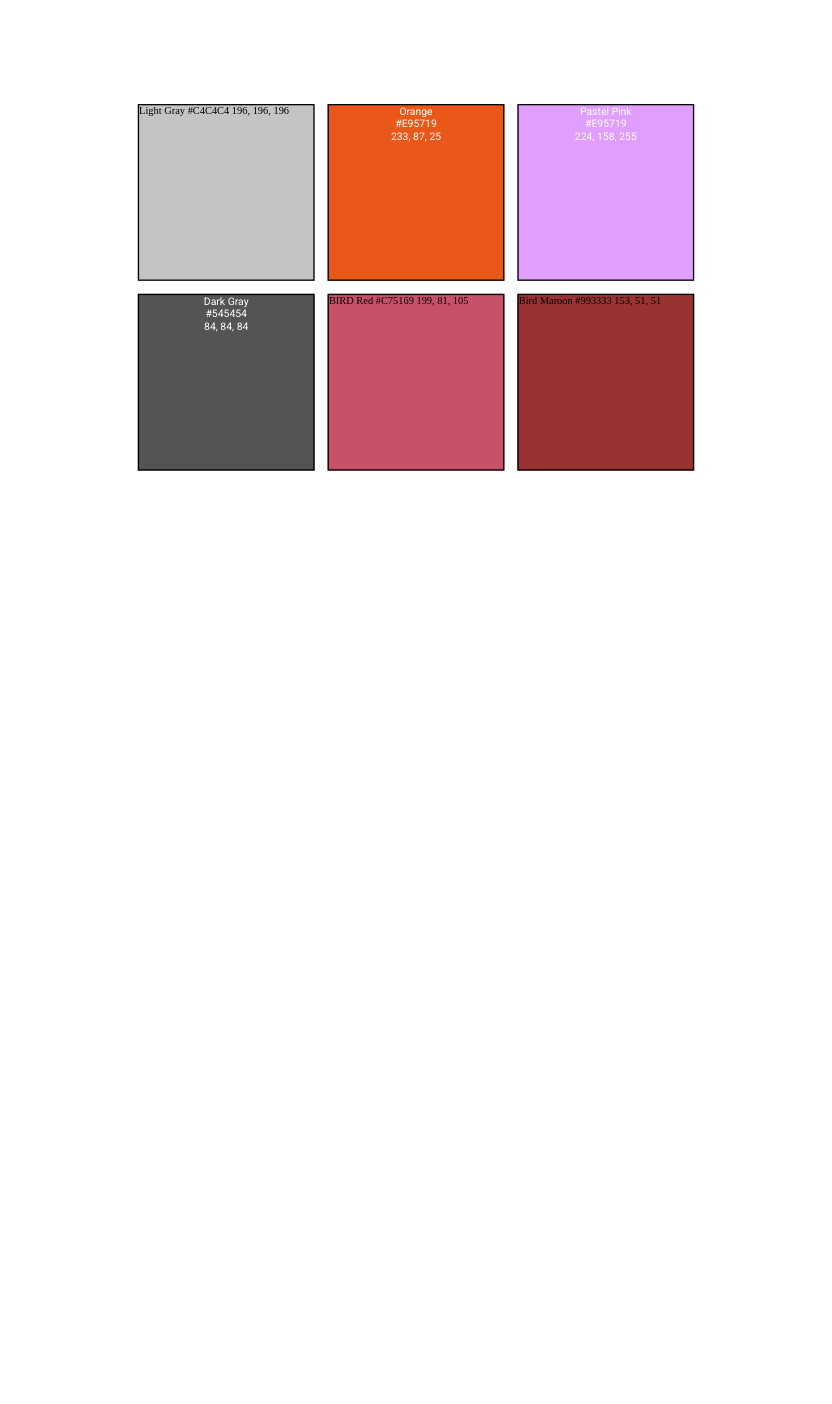
Repository: Levic559/bird-styleguide
Page: color/index.html
An editor plug-in stored every save of this project. The page is shown before and after the next save, followed by the edit.
The browser window is 1280 px wide. The pictures show the whole page, at 65% of full size.

Above is the page before, as saved 2021-03-22 02:26:51.

### color/index.html
<!DOCTYPE html>
<html>
    <head>
        <title>
            Colour Palette
        </title>
        <link rel="preconnect" href="https://fonts.gstatic.com">
        <link href="https://fonts.googleapis.com/css2?family=Archivo:wght@700&family=Roboto:wght@400;700&display=swap" rel="stylesheet">
        <link href="style.css" rel="stylesheet">
    </head>

    <body>
        <div class="main">
            <!--6 colours container-->
            <div class="colors">
                <div class = row>
                    <div class="cell lightgray">
                        <span>Light Gray</span>
                        <span>#C4C4C4</span>
                        <span>196, 196, 196</span>
                    </div>
                    <div class="cell orange">
                        <div class="hovercontainers">
                            <span>Orange</span>
                            <span>#E95719</span>
                            <span>233, 87, 25</span>
                        </div>
                    </div>
                    <div class="cell pink">
                        <div class="hovercontainers">
                            <span>Pastel Pink</span>
                            <span>#E95719</span>
                            <span>224, 158, 255</span>
                        </div>
                    </div>
                </div>
                <div class = row>
                    <div class="cell darkgray">
                        <div class="hovercontainers">
                            <span>Dark Gray</span>
                            <span>#545454</span>
                            <span>84, 84, 84</span>
                        </div>
                    </div>
                    <div class="cell red">
                        <span>BIRD Red</span>
                        <span>#C75169</span>
                        <span>199, 81, 105</span>
                    </div>
                    <div class="cell maroon">
                        <span>Bird Maroon</span>
                        <span>#993333</span>
                        <span>153, 51, 51</span>
                    </div>
                </div>
            </div>

            <div class="colortext">

            </div>
        </div>
    </body>
</html>

### color/style.css
body {
    margin: 0px;
    padding: 0px;
}

.main {
    width: 100vw;
    height: 300vh;
    display: flex;
    flex-direction: column;
    justify-content: flex-start;
    align-items: center;
}

.colors {
    display: flex;
    flex-direction: column;
    margin-top: 150px;
}

.row {
    display: flex;
    flex-direction: row;
}

.cell {
    border: black 2px solid;
    margin: 10px;
    min-height: 268px;
    min-width: 268px;
}

.hovercontainers {
    display: flex;
    flex-direction: column;
    justify-content: center;
    align-items: center;
    opacity: 1;
}

.hovercontainers > span {
    color: white;
    font-family: Roboto;
}

.lightgray {
    background-color: #C4C4C4;
}
.orange {
    background-color: #E95719;
}
.pink {
    background-color: #E09EFF;
}
.darkgray {
    background-color: #545454;
}
.red {
    background-color: #C75169;
}
.maroon {
    background-color: #993333;
}

After the next save:
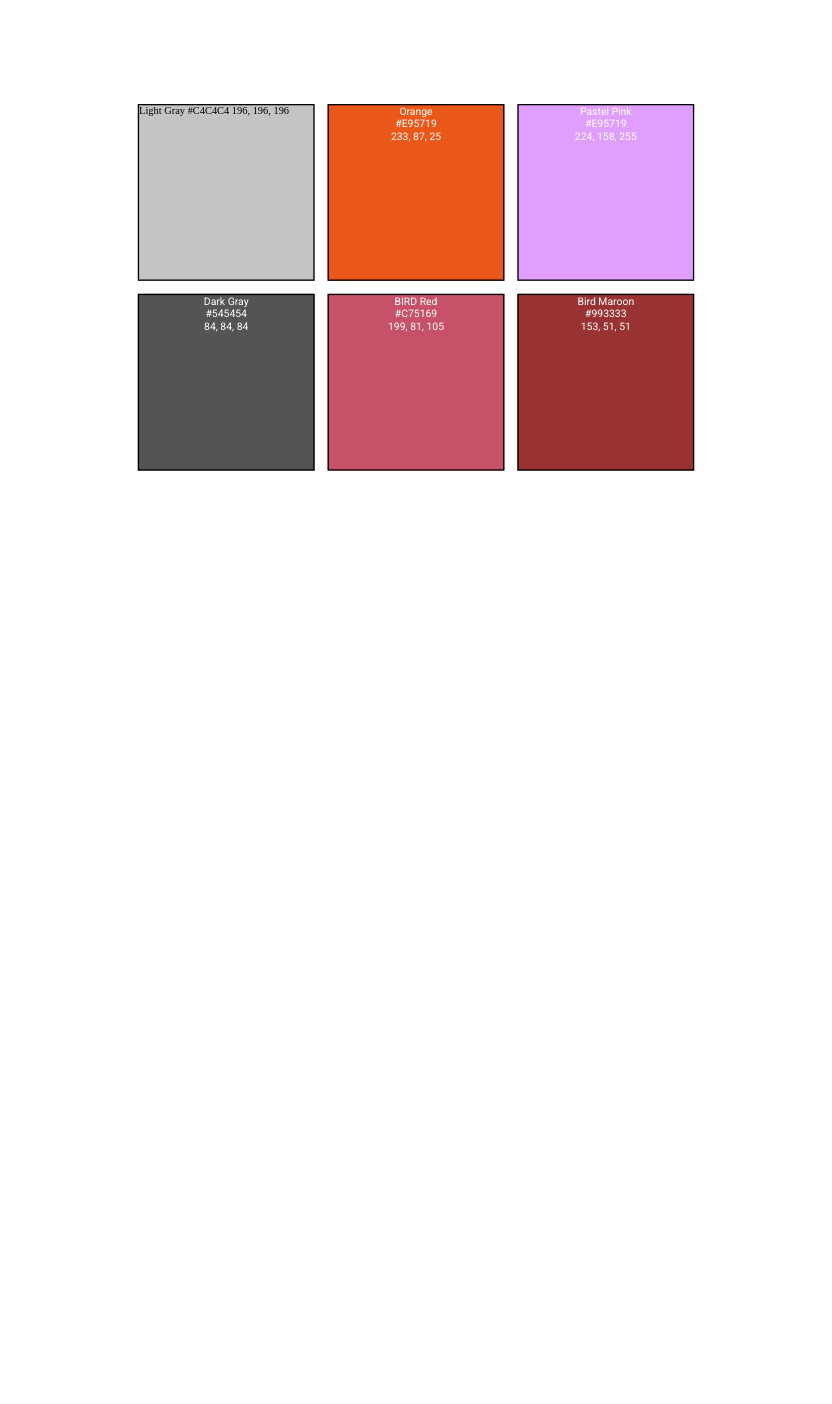
Saved 33 s later.
--- a/color/index.html
+++ b/color/index.html
@@ -43,14 +43,18 @@
                         </div>
                     </div>
                     <div class="cell red">
-                        <span>BIRD Red</span>
-                        <span>#C75169</span>
-                        <span>199, 81, 105</span>
+                        <div class="hovercontainers">
+                            <span>BIRD Red</span>
+                            <span>#C75169</span>
+                            <span>199, 81, 105</span>
+                        </div>
                     </div>
                     <div class="cell maroon">
-                        <span>Bird Maroon</span>
-                        <span>#993333</span>
-                        <span>153, 51, 51</span>
+                        <div class="hovercontainers">
+                            <span>Bird Maroon</span>
+                            <span>#993333</span>
+                            <span>153, 51, 51</span>
+                        </div>
                     </div>
                 </div>
             </div>
